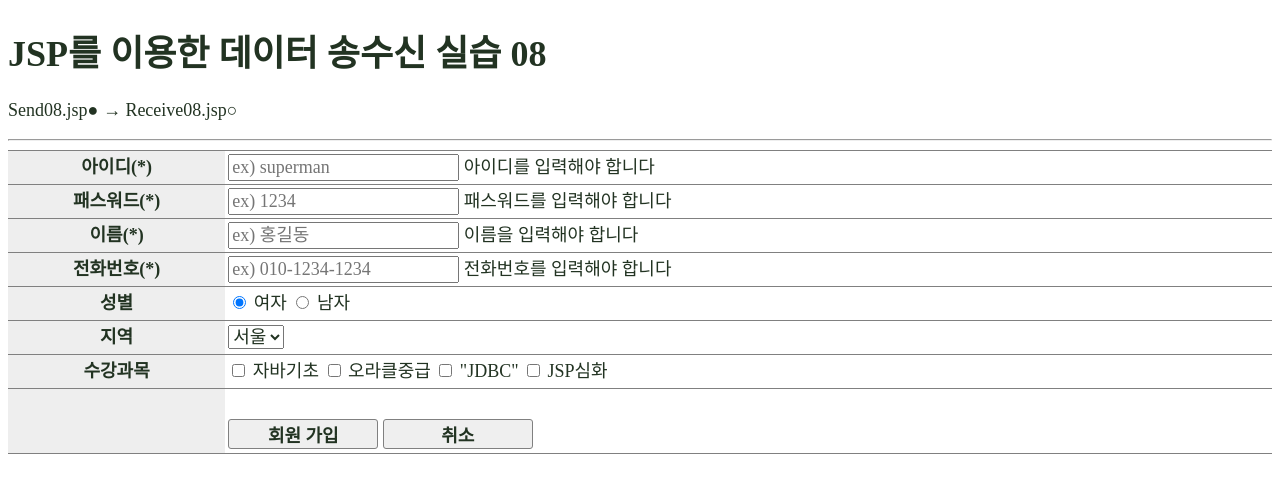
Repository: god5228god/Jsp
Page: http://localhost/WebApp06/Send08.jsp
The author's editor kept a copy of each file at every save. The page is drawn from the files as they stood at one save, then again after the next save.
The browser window is 1280 px wide. The pictures show the whole page.
The page is served by Tomcat 9.

Above is the page before, as saved 2026-03-03 05:48:23.

### WebApp06/WebContent/Send08.jsp
<%@ page contentType="text/html; charset=UTF-8"%>
<!DOCTYPE html>
<html>
<head>
<meta charset="UTF-8">
<title>Send08.jsp</title>
<link rel="stylesheet" type="text/css" href="css/main.css" />
<style type="text/css">
</style>
</head>
<body>
<div>
	<h1>JSP를 이용한 데이터 송수신 실습 08</h1>
	<p>Send08.jsp● → Receive08.jsp○</p>
	<hr />
</div>
<div>
	<form action="Receive08.jsp" method="post">
		<table class="table">
			<tr>
				<th>아이디(*)</th>
				<td>
					<input type="text" id="userId" name="userId" placeholder="ex) superman"/>
					<span class="msg" id="idMsg">아이디를 입력해야 합니다</span>
				</td>
			</tr>
			<tr>
				<th>패스워드(*)</th>
				<td>
					<input type="password" id="userPw" name="userPw" placeholder="ex) 1234"/>
					<span class="msg" id="pwMsg">패스워드를 입력해야 합니다</span>
				</td>
			</tr>
			<tr>
				<th>이름(*)</th>
				<td>
					<input type="text" id="userName" name="userName" placeholder="ex) 홍길동"/>
					<span class="msg" id="nameMsg">이름을 입력해야 합니다</span>
				</td>
			</tr>
			<tr>
				<th>전화번호(*)</th>
				<td>
					<input type="tel" id="userTel" name="userTel" placeholder="ex) 010-1234-1234"/>
					<span class="msg" id="telMsg">전화번호를 입력해야 합니다</span>
				</td>
			</tr>
			<tr>
				<th>성별</th>
				<td>
					<label>
						<input type="radio" id="female" name="userGender" value="여자" checked="checked" /> 여자
					</label>
					<label>
						<input type="radio" id="male" name="userGender" value="남자" /> 남자
					</label>
				</td>
			</tr>
			<tr>
				<th>지역</th>
				<td>
					<select name="userCity" id="userCity">
						<option value="서울">서울</option>
						<option value="경기">경기</option>
						<option value="인천">인천</option>
						<option value="제주">제주</option>
					</select>
				</td>
			</tr>
			<tr>
				<th>수강과목</th>
				<td>
					<input type="checkbox" name="userSubject" id="check1" value="자바기초" />
					<label for="check1">자바기초</label>
					<input type="checkbox" name="userSubject" id="check2" value="오라클중급" />
					<label for="check2">오라클중급</label>
					<input type="checkbox" name="userSubject" id="check3" value="JDBC" />
					<label for="check3">"JDBC"</label>
					<input type="checkbox" name="userSubject" id="check4" value="JSP심화" />
					<label for="check4">JSP심화</label>
				</td>
			</tr>
			<tr>
				<th>
					<td>
						<br />
						<input type="submit" value="회원 가입" class="btn control" style="width: 150px;"/>
						<input type="reset" value="취소" class="btn control" style="width: 150px;"/>
					</td>
				</th>
			</tr>
		</table>
	</form>
</div>
</body>
</html>

### WebApp06/WebContent/css/main.css
@charset "UTF-8";

*
{
	color: #223322;
	font-family: 나눔고딕코딩;
}

body, p, div, span, input, table, th, td, select
{
	font-size: 18px;
}

.control
{
	border: 1px solid gray;
	border-radius: 3px ;
}

.table
{
	border-collapse: collapse;
	width: 100%;
}

.table th, .table td
{
	border: 1px solid gray;
	border-left: 0;
	border-right: 0;
	padding: 3px;
	line-height: 150%;
}

.table th
{
	font-weight: bold;
	background-color: #eee;
}

.btn
{
	font-weight: bold;
	font-family: 맑은 고딕;

}

.btn:hover
{
	color: #fff;
	background-color: #778877;
}
input[type="text"]:focus
{
	background-color: #dcfccf;
}

After the next save:
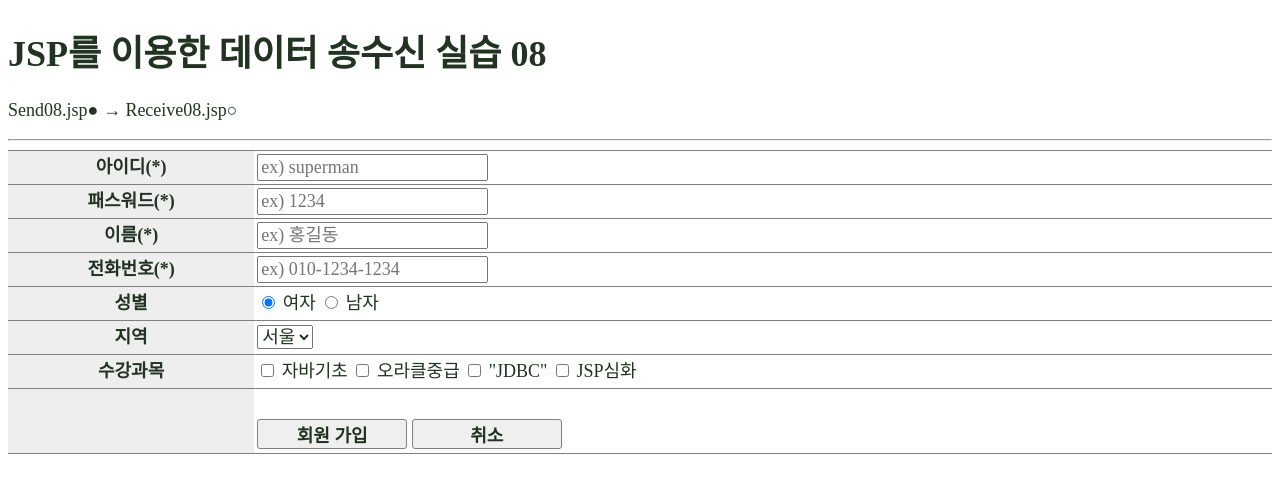
Saved 8 s later.
--- a/WebApp06/WebContent/Send08.jsp
+++ b/WebApp06/WebContent/Send08.jsp
@@ -6,6 +6,7 @@
 <title>Send08.jsp</title>
 <link rel="stylesheet" type="text/css" href="css/main.css" />
 <style type="text/css">
+.msg{display: none;}
 </style>
 </head>
 <body>
